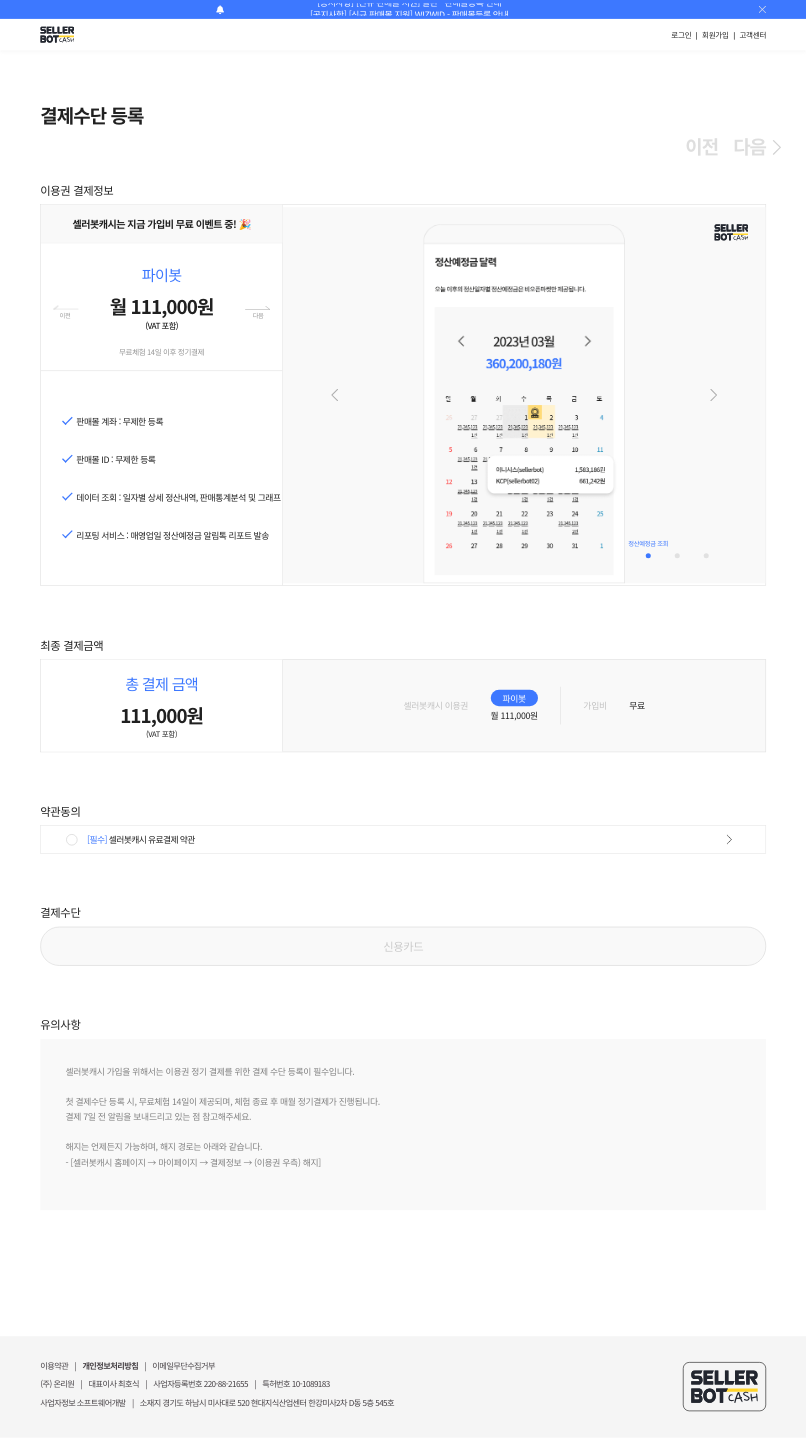
Repository: elemapfelr/ownServer
Page: test-server/web/sellerbot_signup/regPay_01.html
An editor plug-in stored every save of this project. The page is shown before and after the next save, followed by the edit.
The browser window is 1280 px wide. The pictures show the whole page, at 63% of full size.
Some web libraries are served in a nearby version. The style sheet was rebuilt from its Sass, Less or Tailwind sources for each picture, by a compiler version that may differ from the author's.

Above is the page before, as saved 2023-03-21 10:21:40.

After the next save:
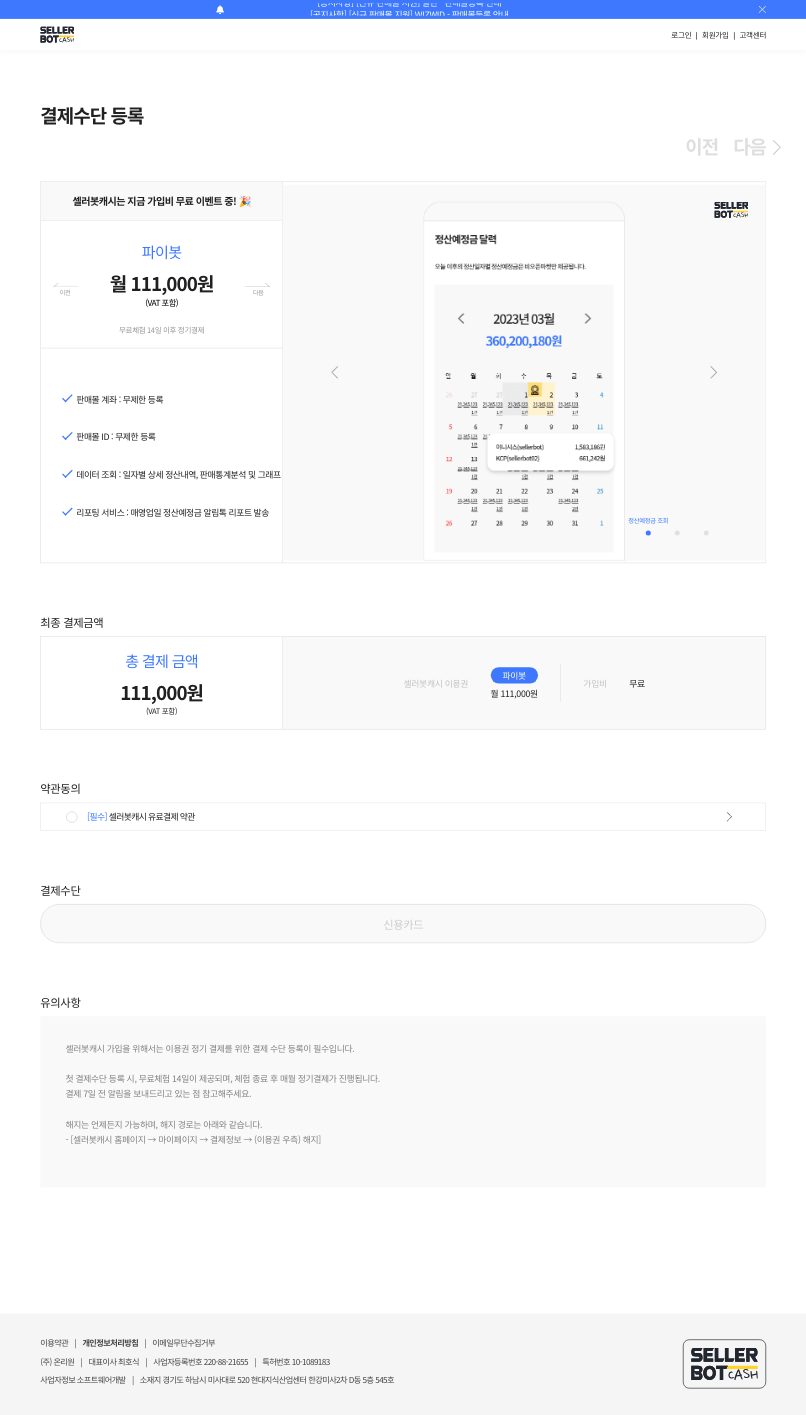
Saved 21 s later.
--- a/test-server/web/sellerbot_signup/regPay_01.html
+++ b/test-server/web/sellerbot_signup/regPay_01.html
@@ -55,7 +55,6 @@
 				</div>
 			</article>
 			<article id="payInfo">
-				<h2>이용권 결제정보</h2>
 				<div class="flexBox">
 					<div class="left">
 						<div class="top">
